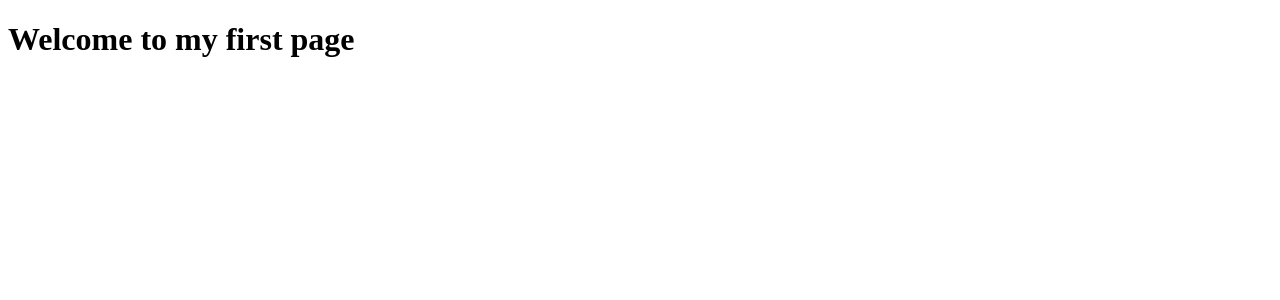
Repository: saurav-patil/STS
Page: MyWorkSpace_01/myServletStarter/src/main/webapp/index.html
An editor plug-in stored every save of this project. The page is shown before and after the next save, followed by the edit.
The browser window is 1280 px wide. The pictures show the whole page.
Some web libraries are served in a nearby version.

Above is the page before, as saved 2022-11-20 07:35:31.

### MyWorkSpace_01/myServletStarter/src/main/webapp/index.html
<!DOCTYPE html>
<html>
<head>
<meta charset="ISO-8859-1">
<title>My first Page</title>
</head>
<body>
	<h1>Welcome to my first page </h1>
</body>
</html>

After the next save:
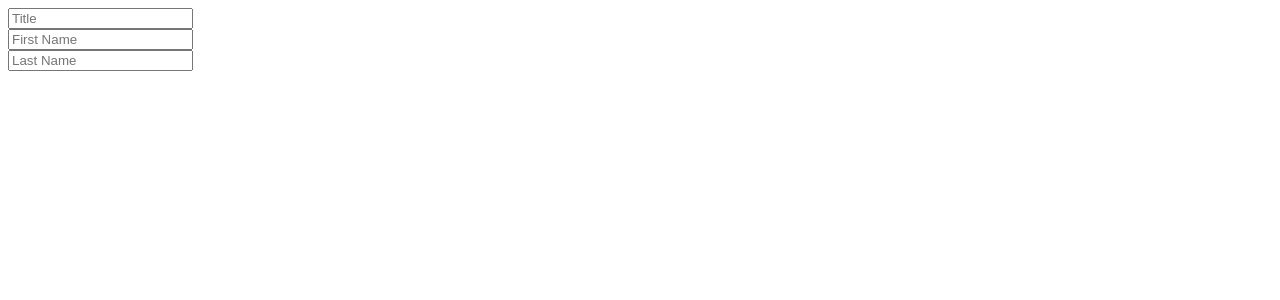
Saved 105 s later.
--- a/MyWorkSpace_01/myServletStarter/src/main/webapp/index.html
+++ b/MyWorkSpace_01/myServletStarter/src/main/webapp/index.html
@@ -5,6 +5,28 @@
 <title>My first Page</title>
 </head>
 <body>
-	<h1>Welcome to my first page </h1>
+<!-- HTML Form -->
+<div class="container-fluid">
+<div class="row">
+
+<div class="col-xs-2">
+<input type="text" class="form-control" placeholder="Title">
+</div>
+
+<div class="col-xs-4">
+<input type="text" class="form-control" placeholder="First Name">
+</div>
+
+<div class="col-xs-6">
+<input type="text" class="form-control" placeholder="Last Name">
+</div>
+
+</div>
+</div>
+
+<!-- jQuery library -->
+<script src="//ajax.googleapis.com/ajax/libs/jquery/1.11.3/jquery.min.js"></script>
+<!-- Bootstrap JS -->
+<script src="//maxcdn.bootstrapcdn.com/bootstrap/3.3.5/js/bootstrap.min.js"></script>
 </body>
 </html>
